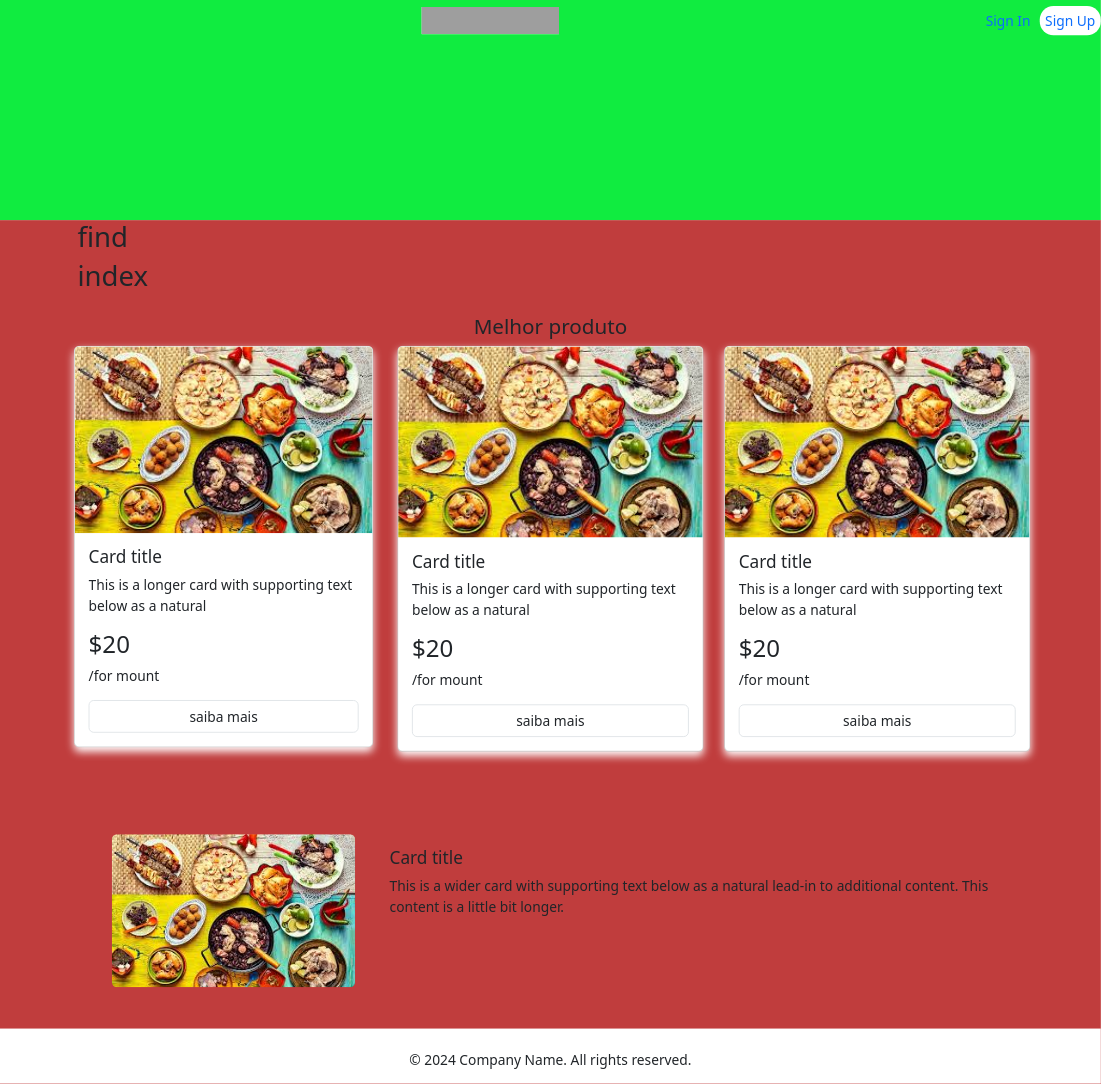
Repository: Joao-Rafael-mob/repoCurso
Page: index.html
These files come from the project's save history. The page is drawn as it stood at one moment and after the next save; the edit follows.
The browser window is 1280 px wide. The pictures show the whole page, at 86% of full size.
Pictures or frames that could not be fetched are drawn as grey boxes.

Above is the page before, as saved 2024-09-27 10:13:02.

### index.html
<!DOCTYPE html>
<html lang="en">
  <head>
    <meta charset="UTF-8" />
    <meta name="viewport" content="width=device-width, initial-scale=1.0" />
    <title>Document</title>
    <link rel="stylesheet" href="styles.css" />
    <link
      href="https://cdn.jsdelivr.net/npm/bootstrap@5.3.3/dist/css/bootstrap.min.css"
      rel="stylesheet"
      integrity="sha384-QWTKZyjpPEjISv5WaRU9OFeRpok6YctnYmDr5pNlyT2bRjXh0JMhjY6hW+ALEwIH"
      crossorigin="anonymous"
    />
  </head>

  <body>
    <div class="imagem-fundo">
      <nav class="navbar">
        <img src="logo.png" alt="Logo" />
        <div class="nav-links">
          <a href="#" class="nav-link1">Sign In</a>
          <a href="#" class="nav-link2">Sign Up</a>
        </div>
      </nav>
    </div>
    <main>
      <div class="container">
        <div class="row row-cols-1 px-2">
            <div class="mostraProduto  col h2">find</div>
            <div class="col h2">index</div>
        </div>
        <div class="mt-3 text-center">
            <h4>Melhor produto</h4>
        </div>
        <div class="row row-cols-1 row-cols-md-3 g-4">
          <div class="col px-3">
            <div  class="card">
              <img src="banner.jpeg" class="card-img-top" alt="" />
              <div class="card-body">
                <h5 class="card-title">Card title</h5>
                <p class="" style="max-height: 4rem; overflow: hidden">
                  This is a longer card with supporting text below as a natural
                </p>

                <h3>$20</h3>
                <p>/for mount</p>

                <button class="form-control">saiba mais</button>
              </div>
            </div>
          </div>
          <div class="col">
            <div class="card">
              <img src="banner.jpeg" class="card-img-top" alt="" />
              <div class="card-body">
                <h5 class="card-title">Card title</h5>
                <p class="" style="max-height: 4rem; overflow: hidden">
                  This is a longer card with supporting text below as a natural
                </p>
                <div>
                  <h3>$20</h3>
                  <p>/for mount</p>

                  <button class="form-control">saiba mais</button>
                </div>
              </div>
            </div>
          </div>
          <div class="col">
            <div  class="card">
              <img src="banner.jpeg" class="card-img-top" alt="" />
              <div class="card-body">
                <h5 class="card-title">Card title</h5>
                <p class="" style="max-height: 4rem; overflow: hidden">
                  This is a longer card with supporting text below as a natural
                </p>
                <div>
                  <h3>$20</h3>
                  <p>/for mount</p>

                  <button class="form-control">saiba mais</button>
                </div>
              </div>
            </div>
          </div>
        </div>
      </div>

      <div class="container mt-5">
        <div class="p-5">
          <div class="row g-0">
            <div class="col-auto me-3">
              <img src="banner.jpeg" class="rounded float-start" alt="" />
            </div>
            <div class="col ">
              <div class="mt-3 ms-4">
                <h5>Card title</h5>
                <p>
                  This is a wider card with supporting text below as a natural
                  lead-in to additional content. This content is a little bit
                  longer.
                </p>
              </div>
            </div>
          </div>
        </div>
      </div>
    </main>

    <footer class="text-center mt-4">
      <p>&copy; 2024 Company Name. All rights reserved.</p>
    </footer>

    <script
      src="https://cdn.jsdelivr.net/npm/bootstrap@5.3.3/dist/js/bootstrap.bundle.min.js"
      integrity="sha384-YvpcrYf0tY3lHB60NNkmXc5s9fDVZLESaAA55NDzOxhy9GkcIdslK1eN7N6jIeHz"
      crossorigin="anonymous"
    ></script>
  </body>
</html>

### styles.css
.imagem-fundo {
    background-color: rgb(16, 236, 64);
    background-position: center;
    color: white;
    width: 100%;
    min-height: 16rem;
}

.imagem-fundo .navbar img {
    background-color: rgb(255, 255, 255);
    margin: auto;
    width: 10rem;
    height: 2rem;
}

.imagem-fundo .navbar a {
    text-decoration: none;
    font-size: medium;
    padding: 0.4rem;
}

.imagem-fundo .navbar .nav-link2 {
    background-color: rgb(255, 255, 255);
    border-radius: 1rem;
}

.imagem-fundo .address {
    width: 50%;
    padding-top: 3rem;
    margin: auto;
}

.imagem-fundo .address a {
    width: 50%;
    margin: auto;
    text-decoration: none;
}

main  {
    background-color: rgb(192, 61, 61);

}
main .card{
    box-shadow: 0px 5px 10px rgb(255, 255, 255);}

After the next save:
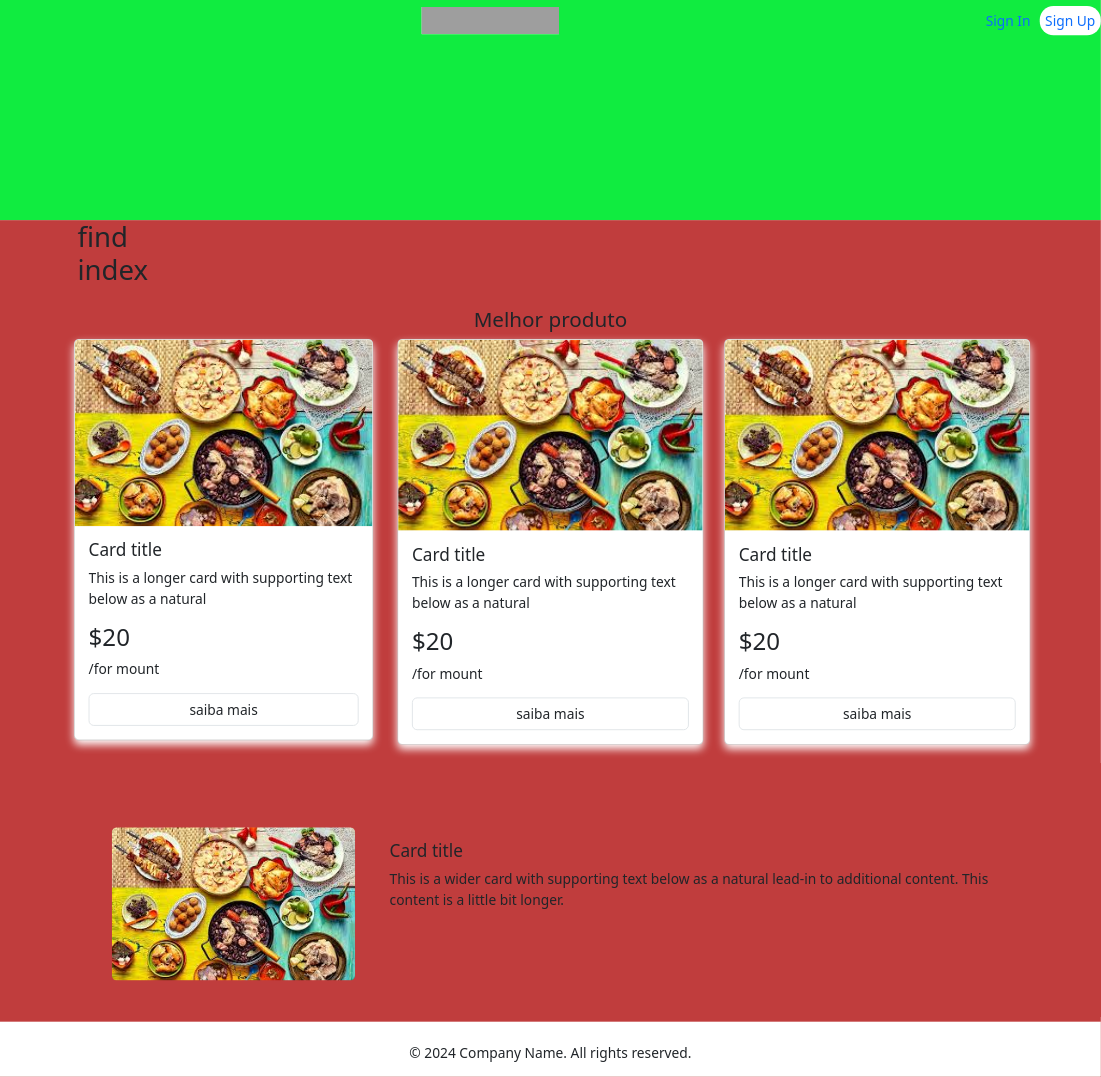
Saved 3 s later.
--- a/styles.css
+++ b/styles.css
@@ -40,5 +40,8 @@ main  {
     background-color: rgb(192, 61, 61);
 
 }
+main .mostraProduto{
+    margin-bottom:0px ;
+}
 main .card{
     box-shadow: 0px 5px 10px rgb(255, 255, 255);}
